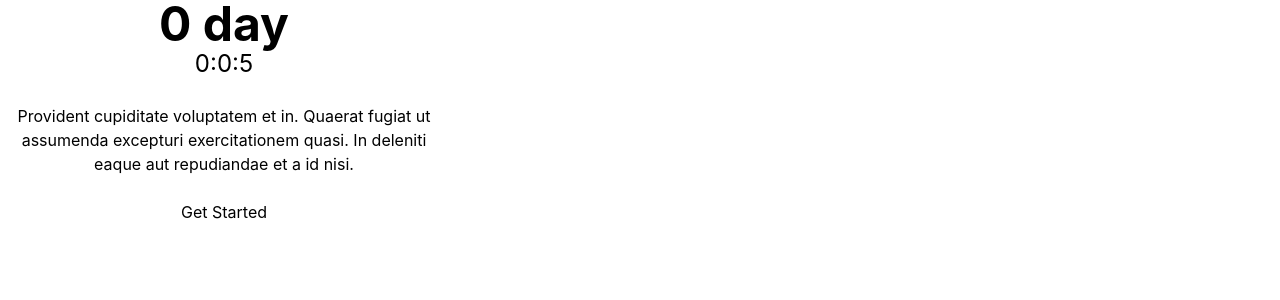
Repository: RahmanRakib9/TwentyOne
Page: /
An editor plug-in stored every save of this project. The page is shown before and after the next save, followed by the edit.
The browser window is 1280 px wide. The pictures show the whole page.
The project was rebuilt for these pictures with package versions that can differ from the ones it lists, and the page was loaded fresh each time.

Above is the page before, as saved 2022-10-13 17:43:38.

### src/index.css
/* tailwind css directives */
@tailwind base;
@tailwind components;
@tailwind utilities;

body {
  margin: 0;
  font-family: -apple-system, BlinkMacSystemFont, 'Segoe UI', 'Roboto', 'Oxygen',
    'Ubuntu', 'Cantarell', 'Fira Sans', 'Droid Sans', 'Helvetica Neue',
    sans-serif;
  -webkit-font-smoothing: antialiased;
  -moz-osx-font-smoothing: grayscale;
}

code {
  font-family: source-code-pro, Menlo, Monaco, Consolas, 'Courier New',
    monospace;
}

### src/App.js
import React from 'react';
import Timer from './components/Timer';
import './App.css'

const App = () => {
  return (
    <div className='App'>
      <Timer></Timer>
    </div>
  );
};

export default App;

### src/components/Timer.js
import React from "react";
import useCountdown from "../hooks/useCountdown";

const Timer = () => {
  const [second, minute, hour, day] = useCountdown();
  return (
    <div class="hero min-h-screen bg-base-200">
      <div class="hero-content text-center">
        <div class="max-w-md">
          <h1 class="text-5xl font-bold">{day} day</h1>
          <h3 className="text-2xl">
            {hour}:{minute}:{second}
          </h3>
          <p class="py-6">
            Provident cupiditate voluptatem et in. Quaerat fugiat ut assumenda
            excepturi exercitationem quasi. In deleniti eaque aut repudiandae et
            a id nisi.
          </p>
          <button class="btn btn-primary">Get Started</button>
        </div>
      </div>
    </div>
  );
};

export default Timer;

### src/hooks/useCountdown.js
/* eslint-disable react-hooks/exhaustive-deps */
import React, { useEffect, useState } from "react";

const useCountdown = () => {
  // state declaration for updating second, minute, and an hour respectively
  const [second, setSecond] = useState(0);
  const [minute, setMinute] = useState(0);
  const [hour, setHour] = useState(0);
  const [day, setDay] = useState(0);

  let timer;
  useEffect(() => {
    timer = setInterval(() => {
      setSecond(second + 1);

      if (second === 59) {
        setMinute(minute + 1);
        setSecond(0);
      }

      if (minute === 59) {
        setHour(hour + 1);
        setMinute(0);
      }

      if (hour === 23 && minute === 59) {
        setDay(day + 1);
        setHour(0);
        setMinute(0);
      }



    }, 1000);

    return () => clearInterval(timer);
  });
  return [second, minute, hour,day];
};

export default useCountdown;

### tailwind.config.js
/** @type {import('tailwindcss').Config} */
module.exports = {
  content: ["./src/**/*.{html,js}"],
  daisyui: {
    themes: [],
  },
  plugins: [require("daisyui")],
};

Loaded but not shown: public/index.html (common file); src/index.js (common file); src/reportWebVitals.js (common file); src/App.css (common file)

After the next save:
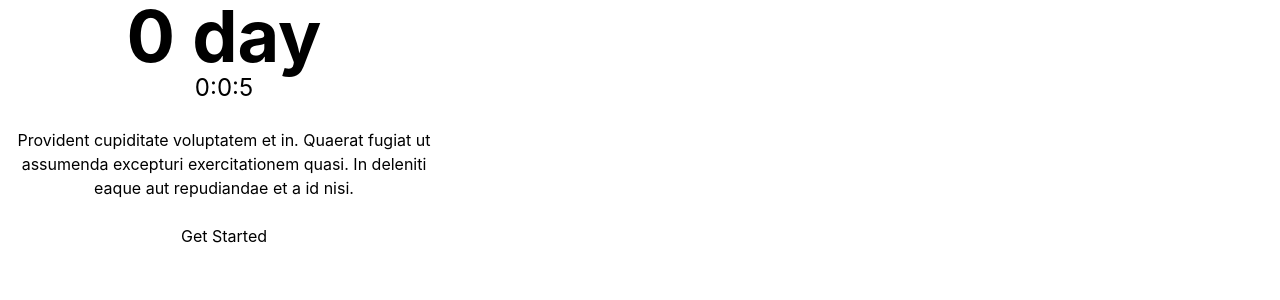
Saved 79 s later.
--- a/src/components/Timer.js
+++ b/src/components/Timer.js
@@ -7,7 +7,7 @@ const Timer = () => {
     <div class="hero min-h-screen bg-base-200">
       <div class="hero-content text-center">
         <div class="max-w-md">
-          <h1 class="text-5xl font-bold">{day} day</h1>
+          <h1 class="text-7xl font-bold">{day} day</h1>
           <h3 className="text-2xl">
             {hour}:{minute}:{second}
           </h3>
